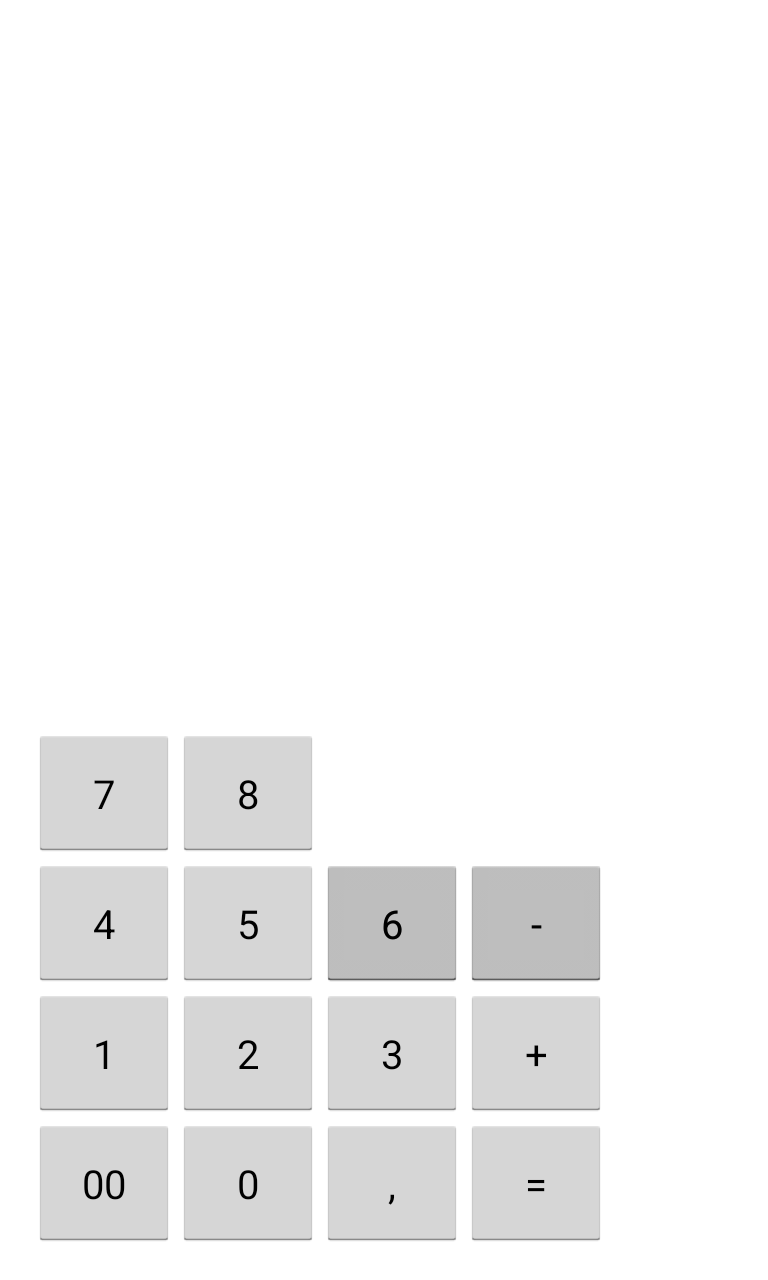
Repository: kisahtegar/mp_java_si6
Layout: MyCalculator/res/layout/activity_main.xml
An editor plug-in stored every save of this project. The layout is shown before and after a run of saves, followed by the edit.
It is drawn on a 768 x 1280 px phone screen (xhdpi) without system bars, with theme AppTheme; the app's code is not run.

Above is the layout before, as saved 2024-05-14 10:12:19.

### MyCalculator/res/layout/activity_main.xml
<RelativeLayout xmlns:android="http://schemas.android.com/apk/res/android"
    xmlns:tools="http://schemas.android.com/tools"
    android:layout_width="match_parent"
    android:layout_height="match_parent"
    android:paddingBottom="@dimen/activity_vertical_margin"
    android:paddingLeft="@dimen/activity_horizontal_margin"
    android:paddingRight="@dimen/activity_horizontal_margin"
    android:paddingTop="@dimen/activity_vertical_margin"
    tools:context=".MainActivity" >

    <Button
        android:id="@+id/btnDoubleZero"
        style="?android:attr/buttonStyleSmall"
        android:layout_width="72dp"
        android:layout_height="65dp"
        android:layout_alignParentBottom="true"
        android:layout_alignParentLeft="true"
        android:text="00"
        android:textSize="20sp" />

    <Button
        android:id="@+id/btnZero"
        style="?android:attr/buttonStyleSmall"
        android:layout_width="72dp"
        android:layout_height="65dp"
        android:layout_alignParentBottom="true"
        android:layout_toRightOf="@+id/btnDoubleZero"
        android:text="0"
        android:textSize="20sp" />

    <Button
        android:id="@+id/btnComma"
        style="?android:attr/buttonStyleSmall"
        android:layout_width="72dp"
        android:layout_height="65dp"
        android:layout_alignParentBottom="true"
        android:layout_toRightOf="@+id/btnZero"
        android:text=","
        android:textSize="20sp" />

    <Button
        android:id="@+id/btnEqual"
        style="?android:attr/buttonStyleSmall"
        android:layout_width="72dp"
        android:layout_height="65dp"
        android:layout_alignParentBottom="true"
        android:layout_toRightOf="@+id/btnComma"
        android:text="="
        android:textSize="20sp" />

    <Button
        android:id="@+id/btnOne"
        style="?android:attr/buttonStyleSmall"
        android:layout_width="72dp"
        android:layout_height="65dp"
        android:layout_above="@+id/btnDoubleZero"
        android:layout_alignParentLeft="true"
        android:text="1"
        android:textSize="20sp" />

    <Button
        android:id="@+id/btnTwo"
        style="?android:attr/buttonStyleSmall"
        android:layout_width="72dp"
        android:layout_height="65dp"
        android:layout_above="@+id/btnZero"
        android:layout_toRightOf="@+id/btnOne"
        android:text="2"
        android:textSize="20sp" />

    <Button
        android:id="@+id/btnThree"
        style="?android:attr/buttonStyleSmall"
        android:layout_width="72dp"
        android:layout_height="65dp"
        android:layout_above="@+id/btnComma"
        android:layout_toRightOf="@+id/btnTwo"
        android:text="3"
        android:textSize="20sp" />

    <Button
        android:id="@+id/btnPlus"
        style="?android:attr/buttonStyleSmall"
        android:layout_width="72dp"
        android:layout_height="65dp"
        android:layout_above="@+id/btnEqual"
        android:layout_toRightOf="@+id/btnThree"
        android:text="+"
        android:textSize="20sp" />

    <Button
        android:id="@+id/btnFour"
        style="?android:attr/buttonStyleSmall"
        android:layout_width="72dp"
        android:layout_height="65dp"
        android:layout_above="@+id/btnOne"
        android:layout_alignParentLeft="true"
        android:text="4"
        android:textSize="20sp" />

    <Button
        android:id="@+id/btnFive"
        style="?android:attr/buttonStyleSmall"
        android:layout_width="72dp"
        android:layout_height="65dp"
        android:layout_above="@+id/btnTwo"
        android:layout_toRightOf="@+id/btnFour"
        android:text="5"
        android:textSize="20sp" />

    <Button
        android:id="@+id/btnSix"
        style="?android:attr/buttonStyleSmall"
        android:layout_width="72dp"
        android:layout_height="65dp"
        android:layout_above="@+id/btnThree"
        android:layout_toRightOf="@+id/btnFive"
        android:text="6"
        android:textSize="20sp" />

    <Button
        android:id="@+id/btnMinus"
        style="?android:attr/buttonStyleSmall"
        android:layout_width="72dp"
        android:layout_height="65dp"
        android:layout_above="@+id/btnPlus"
        android:layout_toRightOf="@+id/btnSix"
        android:text="-"
        android:textSize="20sp" />

    <Button
        android:id="@+id/btnSeven"
        style="?android:attr/buttonStyleSmall"
        android:layout_width="72dp"
        android:layout_height="65dp"
        android:layout_above="@+id/btnFour"
        android:layout_alignParentLeft="true"
        android:text="7"
        android:textSize="20sp" />

    <Button
        android:id="@+id/btnEight"
        style="?android:attr/buttonStyleSmall"
        android:layout_width="72dp"
        android:layout_height="65dp"
        android:layout_above="@+id/btnFive"
        android:layout_toRightOf="@+id/btnSeven"
        android:text="8"
        android:textSize="20sp" />

    <Button
        android:id="@+id/btnSix"
        style="?android:attr/buttonStyleSmall"
        android:layout_width="72dp"
        android:layout_height="65dp"
        android:layout_above="@+id/btnThree"
        android:layout_toRightOf="@+id/btnFive"
        android:text="6"
        android:textSize="20sp" />

    <Button
        android:id="@+id/btnMinus"
        style="?android:attr/buttonStyleSmall"
        android:layout_width="72dp"
        android:layout_height="65dp"
        android:layout_above="@+id/btnPlus"
        android:layout_toRightOf="@+id/btnSix"
        android:text="-"
        android:textSize="20sp" />

</RelativeLayout>

Loaded but not shown: MyCalculator/res/values/styles.xml (common file); MyCalculator/res/values-v11/styles.xml (common file); MyCalculator/res/values-v14/styles.xml (common file); MyCalculator/res/values/dimens.xml (common file)

After the next 2 saves:
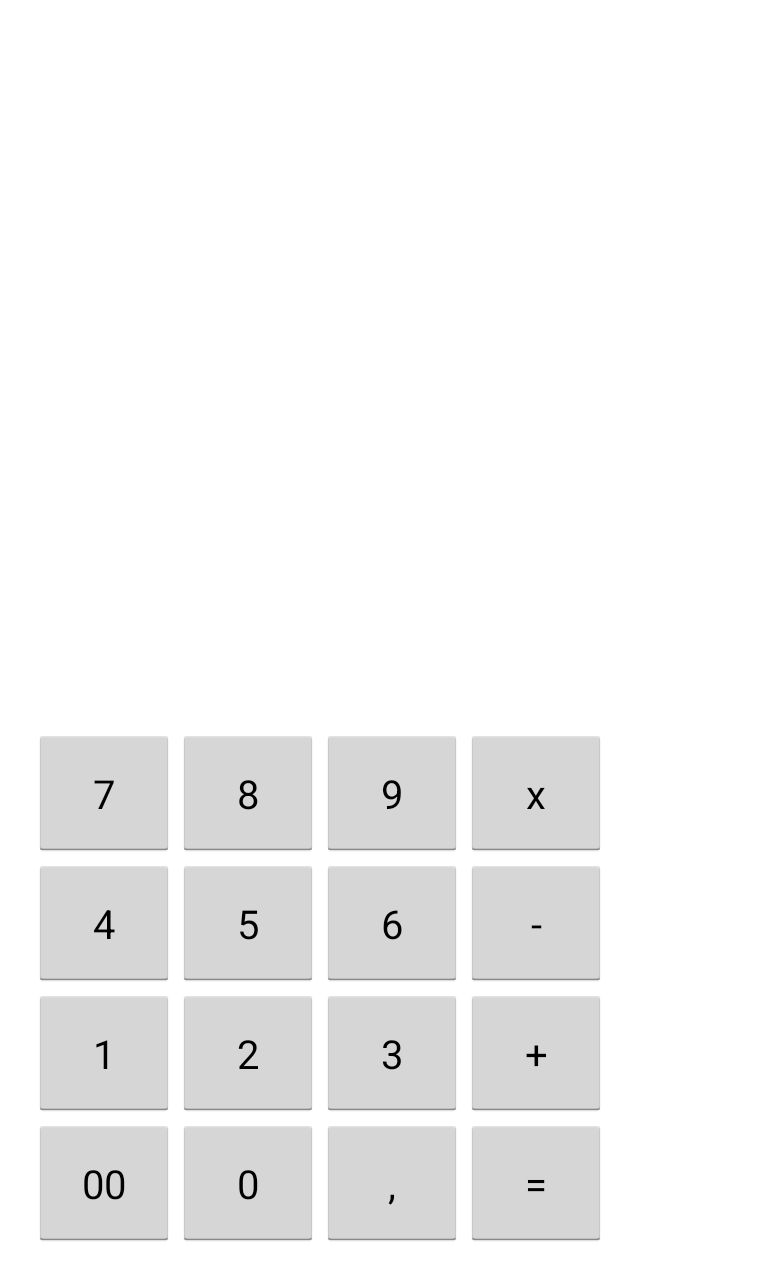
The 2 saves are shown as one change because they came seconds apart.
The last was saved 109 s later.
--- a/MyCalculator/res/layout/activity_main.xml
+++ b/MyCalculator/res/layout/activity_main.xml
@@ -149,23 +149,23 @@
         android:textSize="20sp" />
 
     <Button
-        android:id="@+id/btnSix"
+        android:id="@+id/btnNine"
         style="?android:attr/buttonStyleSmall"
         android:layout_width="72dp"
         android:layout_height="65dp"
-        android:layout_above="@+id/btnThree"
-        android:layout_toRightOf="@+id/btnFive"
-        android:text="6"
+        android:layout_above="@+id/btnSix"
+        android:layout_toRightOf="@+id/btnEight"
+        android:text="9"
         android:textSize="20sp" />
 
     <Button
-        android:id="@+id/btnMinus"
+        android:id="@+id/btnMultiple"
         style="?android:attr/buttonStyleSmall"
         android:layout_width="72dp"
         android:layout_height="65dp"
-        android:layout_above="@+id/btnPlus"
-        android:layout_toRightOf="@+id/btnSix"
-        android:text="-"
+        android:layout_above="@+id/btnMinus"
+        android:layout_toRightOf="@+id/btnNine"
+        android:text="x"
         android:textSize="20sp" />
 
 </RelativeLayout>
